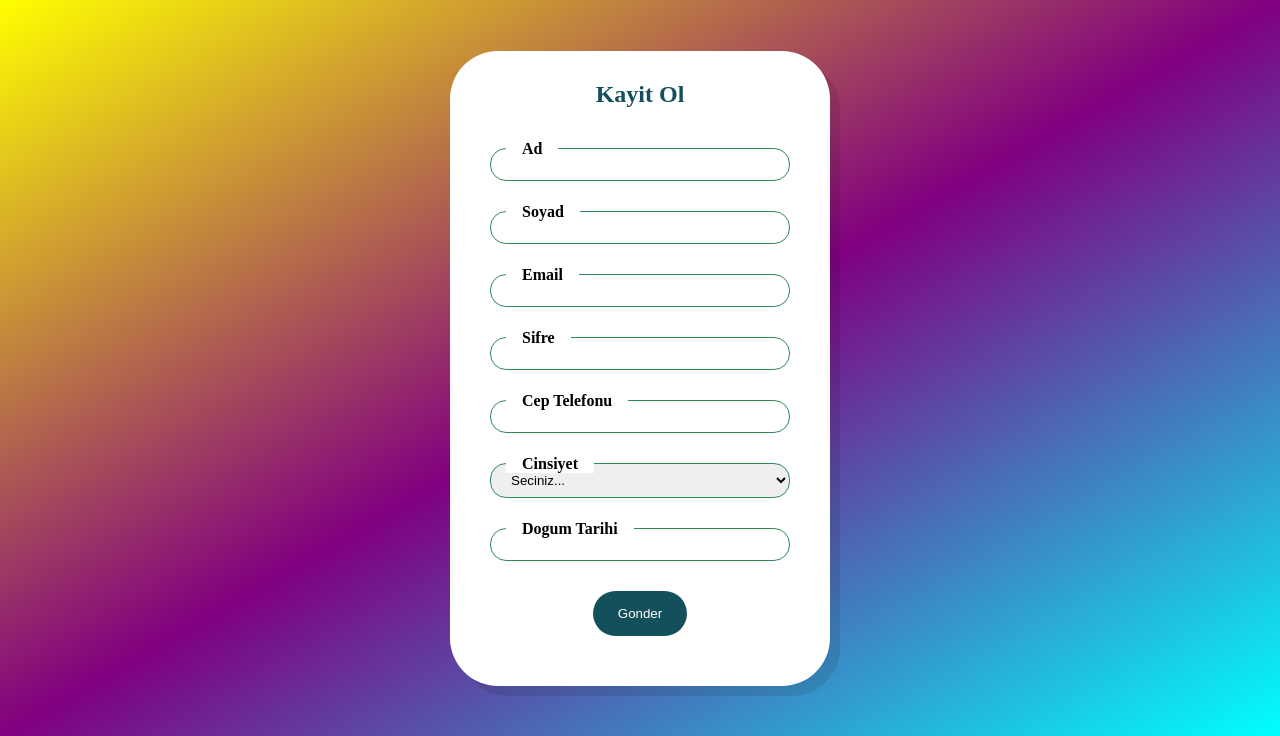
Repository: aenesyvz/web-programming-project
Page: http://localhost/test4/index2.jsp
These files come from the project's save history. The page is drawn as it stood at one moment and after the next save; the edit follows.
The browser window is 1280 px wide. The pictures show the whole page.
The page is served by Tomcat 9.

Above is the page before, as saved 2023-05-12 08:01:25.

After the next save:
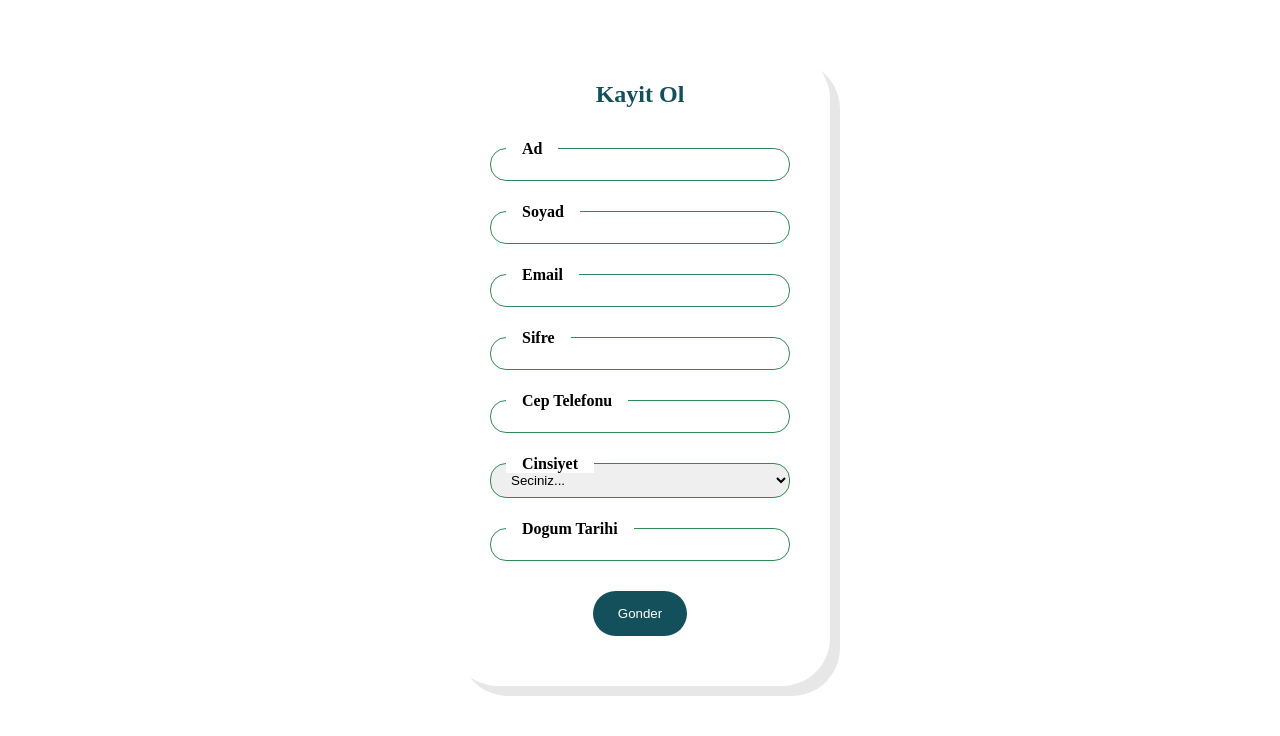
Saved 88 s later.
--- a/test/test4/src/main/webapp/css/index.css
+++ b/test/test4/src/main/webapp/css/index.css
@@ -8,9 +8,9 @@
     display:flex;
 	justify-content:center;
 	align-items:center;
-    background:
-        linear-gradient(to left top, rgba(0, 255, 255, 1) 0%/*bottom-right color*/, rgba(255, 0, 255, 0.5) 50% /*middle color*/, rgba(255, 255, 0, 1) 100% /*top-left color*/),
-        linear-gradient(rgba(0, 0, 0, 1), rgba(0, 0, 0, 1))/*"faked" black background make sure to add last or it will appear before the transparent/colored layer*/;
+/*     background: */
+/*         linear-gradient(to left top, rgba(0, 255, 255, 1) 0%bottom-right color, rgba(255, 0, 255, 0.5) 50% middle color, rgba(255, 255, 0, 1) 100% top-left color), */
+/*         linear-gradient(rgba(0, 0, 0, 1), rgba(0, 0, 0, 1))"faked" black background make sure to add last or it will appear before the transparent/colored layer; */
   }
 
    img{
